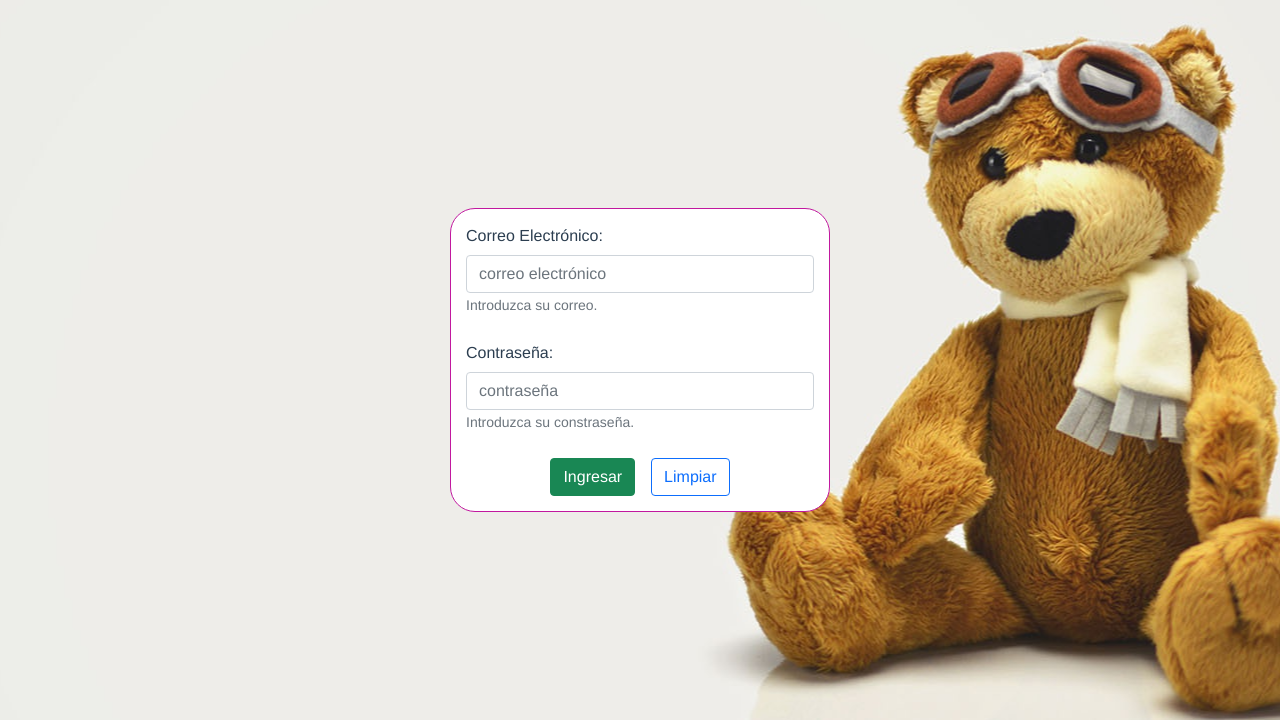
Repository: Darigo30/prueba-jugueteria
Page: /login
These files come from the project's save history. The page is drawn as it stood at one moment and after the next save; the edit follows.
The browser window is 1280 px wide. The pictures show the whole page.
Some web fonts or font styles are not loaded; a fallback is used. The project was rebuilt for these pictures with package versions that can differ from the ones it lists, and the page was loaded fresh each time. Also part of the build but not shown: src/components/Editar.vue, src/components/Tabla.vue, src/components/Agregar.vue, src/views/Home.vue.

Above is the page before, as saved 2021-05-30 21:26:08.

### public/index.html
<!DOCTYPE html>
<html lang="">
  <head>
    <meta charset="utf-8">
    <meta http-equiv="X-UA-Compatible" content="IE=edge">
    <meta name="viewport" content="width=device-width,initial-scale=1.0">
    <link rel="icon" href="<%= BASE_URL %>favicon.ico">
    <link rel="preconnect" href="https://fonts.gstatic.com">
    <link href="https://fonts.googleapis.com/css2?family=Londrina+Solid:wght@300;400;900&display=swap" rel="stylesheet">
    <title><%= htmlWebpackPlugin.options.title %></title>
  </head>
  <body>
    <noscript>
      <strong>We're sorry but <%= htmlWebpackPlugin.options.title %> doesn't work properly without JavaScript enabled. Please enable it to continue.</strong>
    </noscript>
    <div id="app"></div>
    <!-- built files will be auto injected -->
  </body>
</html>

### src/main.js
import Vue from "vue";
import App from "./App.vue";
import router from "./router";
import store from "./store";
import { BootstrapVue, IconsPlugin } from "bootstrap-vue";

import "bootstrap/dist/css/bootstrap.css";
import "bootstrap-vue/dist/bootstrap-vue.css";

Vue.use(BootstrapVue);
Vue.use(IconsPlugin);

Vue.config.productionTip = false;

import firebase from "firebase";
import { firebaseConfig } from "../firebase";

firebase.initializeApp(firebaseConfig);

router.beforeEach((to, from, next) => {
  const isAuthenticated = localStorage.getItem("login");

  if (to.name !== "Login" && isAuthenticated !== "logueado")
    next({ name: "Login" });
  else if (to.name === "Login" && isAuthenticated === "logueado")
    next({ name: "Home" });
  else next();
});

new Vue({
  router,
  store,
  render: (h) => h(App),
}).$mount("#app");

### src/App.vue
<template>
  <div id="app">
    <router-view />
  </div>
</template>

<script>
import { mapActions } from "vuex";

export default {
  name: "App",
  methods: {
    ...mapActions(["getProductos"]),
  },
  created() {
    this.getProductos();
  },
};
</script>

<style lang="scss">
#app {
  font-family: Avenir, Helvetica, Arial, sans-serif;
  -webkit-font-smoothing: antialiased;
  -moz-osx-font-smoothing: grayscale;
  text-align: center;
  color: #2c3e50;
}

#nav {
  padding: 30px;

  a {
    font-weight: bold;
    color: #2c3e50;

    &.router-link-exact-active {
      color: #42b983;
    }
  }
}
</style>

### src/router/index.js
import Vue from "vue";
import VueRouter from "vue-router";
import Home from "../views/Home.vue";

Vue.use(VueRouter);

const routes = [
  {
    path: "/",
    name: "Home",
    component: Home,
  },
  {
    path: "/about",
    name: "About",
    // route level code-splitting
    // this generates a separate chunk (about.[hash].js) for this route
    // which is lazy-loaded when the route is visited.
    component: () =>
      import(/* webpackChunkName: "about" */ "../views/About.vue"),
  },
  {
    path: "/login",
    name: "Login",
    component: () =>
      import(/* webpackChunkName: "login" */ "../views/Login.vue"),
  },
];


const router = new VueRouter({
  mode: "history",
  base: process.env.BASE_URL,
  routes,
});

export default router;

### src/store/index.js
import Vue from "vue";
import Vuex from "vuex";
import firebase from "firebase";
import router from "@/router"

Vue.use(Vuex);

export default new Vuex.Store({
  state: {
    productos: [],
    titulos: [
      {
        label: "Código",
        key: "codigo",
      },
      {
        label: "Producto",
        key: "nombre",
      },
      {
        label: "Stock",
        key: "stock",
      },
      {
        label: "Precio",
        key: "precio",
      },
      {
        key: "actions",
        label: "Acciones",
      },
    ],
    editar: false,
    jugueteEditar: {
      nombre: "",
      precio: "",
      codigo: "",
      id: "",
      stock: "",
    },
  },
  mutations: {
    guardarProductos(state, payload) {
      const juguete = payload;
      if (!juguete) return;
      state.productos.push(juguete);
    },
    borrarProducto(state, payload) {
      const juguete = payload;
      if (!juguete) return;
      let borradoFila = state.productos.filter(juguetex => juguetex.codigo != payload.codigo );
      state.productos = borradoFila;
      console.log(borradoFila);
    },
    booleanEditar(state) {
      state.editar = true;
    },
    editarJuguete(state, payload) {
      const juguete = payload;
      state.jugueteEditar = juguete;
    },
    agregarJugueteAlState(state, payload) {
      const existeJuguete = state.productos.find((juguetito) => juguetito.codigo === payload.codigo);
       // Si no existe ingresar a la base de datos.
       if (!existeJuguete) state.productos.push(payload);
    }
  },
  actions: {
    async getProductos({ commit }) {
      const db = firebase.firestore();
      try {
        const req = await db.collection("juguetes").get();
        if (req) {
          req.docs.forEach((juguete) => {
            const obj = juguete.data();
            const id = juguete.id;
            obj.id = id;
            commit("guardarProductos", obj);
          });
        }
      } catch (error) {
        console.log(error);
      }
    },
    async deleteProducto({ commit }, payload) {
      const juguete = payload;
      if (!juguete) return;
      const idFirebase = juguete.id;

      // Eliminar desde Firebase
      try {
        const db = firebase.firestore();
        const req = await db.collection("juguetes").doc(idFirebase).delete();
        console.log(req);
      } catch (error) {
        console.log(error);
      }

      // Eliminar desde Vuex
      commit("borrarProducto", juguete);
    },
    //actualizar tabla juguetes
    async updateProducto({ commit }, payload) {
      const juguete = payload;
      if (!juguete) return;
      const idFirebase = juguete.id;

      // Firebase
      try {
        const req = await firebase.firestore().collection("juguetes").doc(idFirebase).update({
            codigo: juguete.codigo,
            stock: juguete.stock,
            nombre: juguete.nombre,
            precio: juguete.precio
          });
        console.log(req);
      } catch (error) {
        console.log(error);
      }
      // Vuex
      commit();
    },
    //Agrego nuevo producto
    async crearNuevoProducto({ commit }, payload) {
      const nuevo = payload;
      if (!nuevo) return;
     // Actualizar el state
      commit("agregarJugueteAlState", nuevo);
      await firebase.firestore().collection("juguetes").add(nuevo);
    },
    cerrar(){
      localStorage.removeItem("login")
      firebase.auth().signOut()
      .then(() => {
          router.push('/login')
          .catch(error => {
            console.info(error)
         });
      });
  }
  },
  modules: {},
});

### firebase.js
// import firebase from "firebase";

const firebaseConfig = {
  apiKey: "AIzaSyDvwglZwsMT4GnbYgCJ6nH0Bmr47wSCZrA",
  authDomain: "bd-dari.firebaseapp.com",
  projectId: "bd-dari",
  storageBucket: "bd-dari.appspot.com",
  messagingSenderId: "200953098330",
  appId: "1:200953098330:web:2519dca58d3ee2c2336863",
  measurementId: "G-12NBXGDB2J"
};
export { firebaseConfig };

### src/views/Login.vue
<template>
<div class="bg">
   <b-container>
    <b-row style="height: 100vh">
      <b-col class="m-auto fo" cols="12" md="4">
        <b-form-group
          label="Correo Electrónico:"
          description="Introduzca su correo."
          class="text-start mb-4"
        >
          <b-form-input
            v-model="form.email"
            type="email"
            placeholder="correo electrónico"
          ></b-form-input>
        </b-form-group>

        <b-form-group
          label="Contraseña:"
          description="Introduzca su constraseña."
          class="text-start mb-4"
        >

          <b-form-input
            v-model="form.pass"
            type="password"
            placeholder="contraseña"
          ></b-form-input>
        </b-form-group>

        <b-button @click="login" variant="success" class="me-3"
          >Ingresar</b-button
        >
        <b-button @click="limpiar" variant="outline-primary">Limpiar</b-button>
      </b-col>
    </b-row>
  </b-container>
</div>

</template>

<script>
import firebase from "firebase";

export default {
  name: "Login",
  data() {
    return {
      form: {
        email: "",
        pass: "",
      },
    };
  },
  methods: {
    async login() {
      try {
        if (!this.form && !this.form.email && !this.form.pass) return;
        const req = await firebase
          .auth()
          .signInWithEmailAndPassword(this.form.email, this.form.pass);
        console.log(req);
        // if (req && req != null) this.$router.push("/");

        if (req && req != null) {
          localStorage.setItem("login", "logueado");
          this.$router.push("/");
        }
      } catch (error) {
        const errorCode = error.code;
        const errorMessage = error.message;
        console.log("Código de Error", errorCode);
        console.log("Mensaje de Error", errorMessage);
      }
    },
    limpiar() {
      if (!this.form) return;
      this.form.email = "";
      this.form.pass = "";
    },
  },
};
</script>
<style scoped>
    .bg{
      background-image: url('../assets/osito.jpg');
      background-position: center;
      background-repeat: no-repeat;
  }
  .fo{
    background: #fff;
    padding: 15px;
    border: 1px solid #c1189f;
    border-radius: 25px;
  }
  #__BVID__17__BV_label_ {
    font-family: 'Londrina Solid';
}

</style>

After the next save:
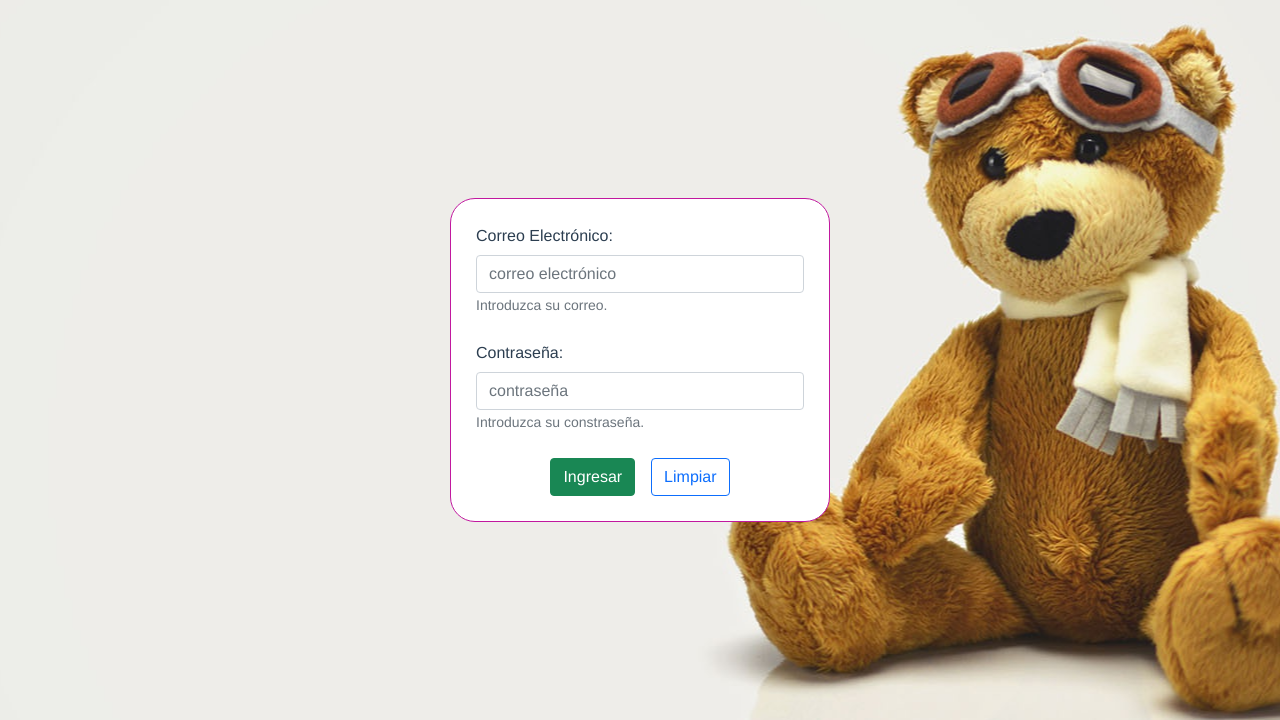
Saved 15 s later.
--- a/src/views/Login.vue
+++ b/src/views/Login.vue
@@ -89,7 +89,7 @@ export default {
   }
   .fo{
     background: #fff;
-    padding: 15px;
+    padding: 25px;
     border: 1px solid #c1189f;
     border-radius: 25px;
   }
